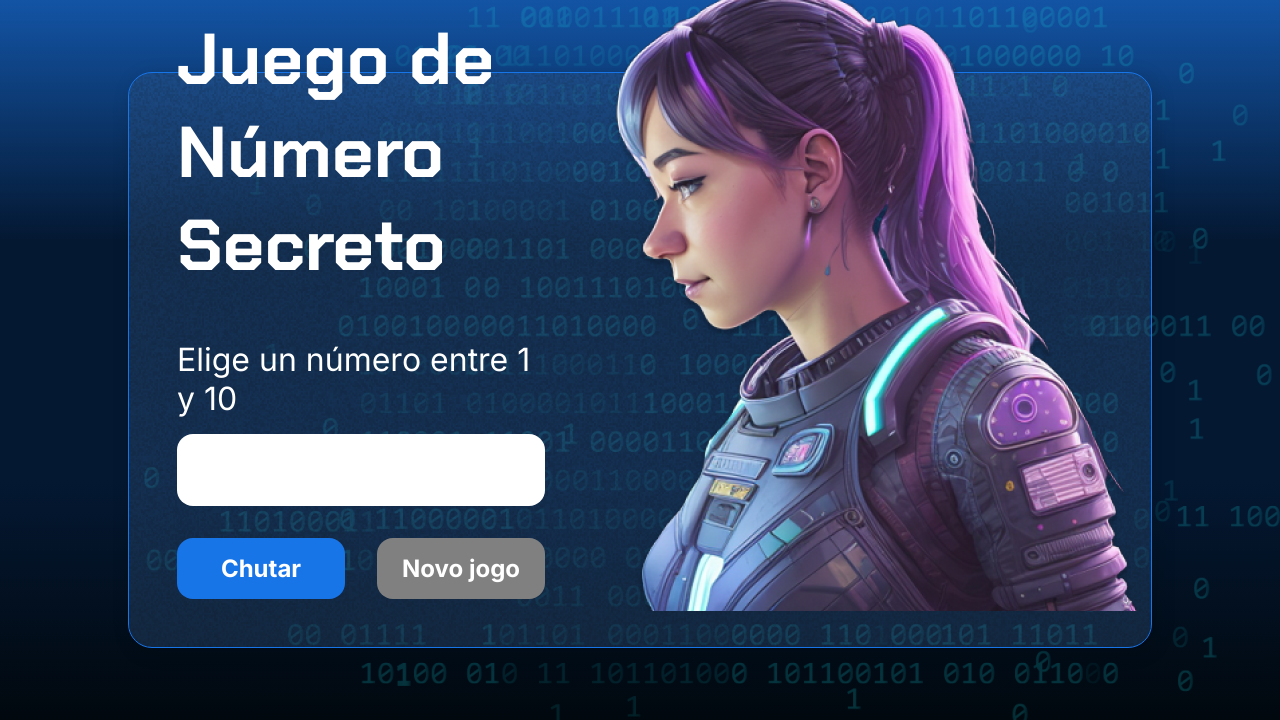
Repository: AnaFzCz/JuegoDeNumeroSecreto
Page: index.html
An editor plug-in stored every save of this project. The page is shown before and after the next save, followed by the edit.
The browser window is 1280 px wide. The pictures show the whole page.

Above is the page before, as saved 2025-02-03 00:58:26.

### index.html
<!DOCTYPE html>
<html lang="pt-br">

<head>
    <meta charset="UTF-8">
    <meta name="viewport" content="width=device-width, initial-scale=1.0">
    <script src="https://code.responsivevoice.org/responsivevoice.js"></script>
    <link rel="preconnect" href="https://fonts.googleapis.com">
    <link rel="preconnect" href="https://fonts.gstatic.com" crossorigin>
    <link href="https://fonts.googleapis.com/css2?family=Chakra+Petch:wght@700&family=Inter:wght@400;700&display=swap"
        rel="stylesheet">
    <link rel="stylesheet" href="style.css">
    <title>JS Game</title>
</head>

<body>

    <div class="container">
        <div class="container__conteudo">
            <div class="container__informacoes">
                <div class="container__texto">
                    <h1></h1>
                    <p class="texto__paragrafo"></p>
                </div>
                <input type="number" min="1" max="10" class="container__input">
                <div class="chute container__botoes">
                    <button onclick="mensaje()" class="container__botao">Chutar</button>
                    <button onclick="" id="reiniciar" class="container__botao" disabled>Novo jogo</button>
                </div>
            </div>
            <img src="./img/ia.png" alt="Uma pessoa olhando para a esquerda" class="container__imagem-pessoa" />
        </div>
    </div>




    <script src="app.js" defer></script>
</body>

</html>

### style.css
* {
    box-sizing: border-box;
    margin: 0;
    padding: 0;
    color: white;
}

body {
    background: linear-gradient(#1354A5 0%, #041832 33.33%, #041832 66.67%, #01080E 100%);
    height: 100vh;
    display: flex;
    align-items: center;
    justify-content: center;
}


body::before {
    background-image: url("img/code.png");
    background-repeat: no-repeat;
    background-position: right;
    content: "";
    display: block;
    position: absolute;
    width: 100%;
    height: 100%;
    opacity: 0.4;
}

.container {
    width: 80%;
    height: 80%;
    display: flex;
    align-items: center;
    justify-content: space-between;
    border-radius: 24px;
    border: 1px solid #1875E8;
    box-shadow: 4px 4px 20px 0px rgba(1, 8, 14, 0.15);
    background-image: url("img/Ruido.png");
    background-size: 100% 100%;
    position: relative;
}


.container__conteudo {
    display: flex;
    align-items: center;
    position: absolute;
    bottom: 0;
}

.container__informacoes {
    flex: 1;
    padding: 3rem;
}

.container__botao {
    border-radius: 16px;
    background: #1875E8;
    padding: 16px 24px;
    width: 100%;
    font-size: 24px;
    font-weight: 700;
    border: none;
    margin-top: 2rem;
}

.container__texto {
    margin: 16px 0 16px 0;
}

.container__texto-azul {
    color: #1875E8;
}

.container__input {
    width: 100%;
    height: 72px;
    border-radius: 16px;
    background-color: #FFF;
    border: none;
    color: #1875E8;
    padding: 2rem;
    font-size: 24px;
    font-weight: 700;
    font-family: 'Inter', sans-serif;
}

.container__botoes {
    display: flex;
    gap: 2em;
}

h1 {
    font-family: 'Chakra Petch', sans-serif;
    font-size: 72px;
    padding-bottom: 3rem;
}

p,
button {
    font-family: 'Inter', sans-serif;
}

.texto__paragrafo {
    font-size: 32px;
    font-weight: 400;
}

button:disabled {
    background-color: gray;
}

@media screen and (max-width: 1250px) {

    h1 {
        font-size: 50px;
    }

    .container__botao {
        font-size: 16px;
    }


    .texto__paragrafo {
        font-size: 24px;
    }

    .container__imagem-pessoa {
        display: none;
    }

    .container__conteudo {
        display: block;
        position: inherit;
    }

    .container__informacoes {
        padding: 1rem
    }
}

### app.js
// let titulo = document.querySelector('h1');
// titulo.innerHTML = ("Juego de número secreto");


// let parrafo = document.querySelector('p');
// parrafo.innerHTML = 'Escoja un número entre 1 y 10';

let numeroSecreto = generarNumeroAleatorio();

function exibirTextoNaTela(tag, texto) {
    let campo = document.querySelector(tag);
    campo.innerHTML = texto;
}

exibirTextoNaTela('h1', 'Juego de Número Secreto');
exibirTextoNaTela('p', 'Elige un número entre 1 y 10');

function verificarChute() {
    let chute = document.querySelector('input').value;
    console.log(chute == numeroSecreto);
}

function generarNumeroAleatorio() {
    return parseInt(Math.random() * 10 + 1);
}

After the next save:
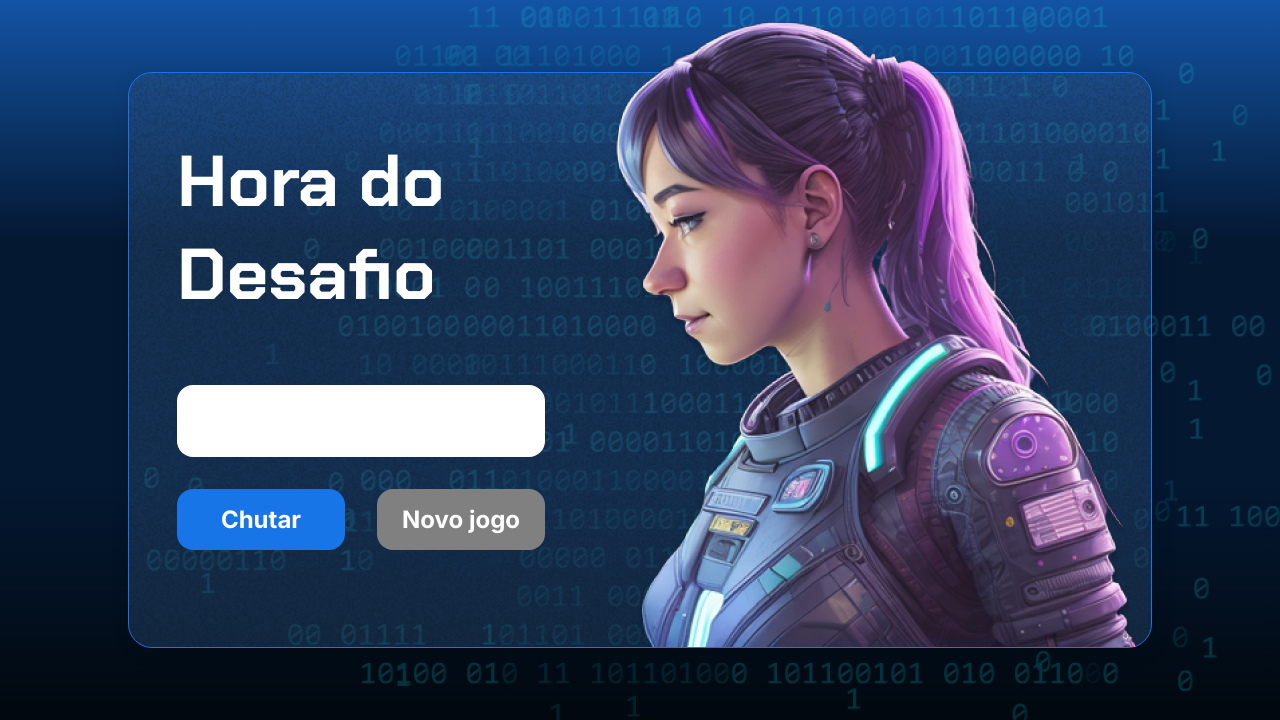
Saved 4 s later.
--- a/app.js
+++ b/app.js
@@ -1,25 +1,53 @@
-// let titulo = document.querySelector('h1');
-// titulo.innerHTML = ("Juego de número secreto");
+
+// DESAFIO 1
+// 2.
+//
+ let titulo = document.querySelector('h1');
+titulo.innerHTML = ("Hora do Desafio");
+
+// 3.Crie uma função que exiba no console a mensagem O botão foi clicado sempre que o botão Console for pressionado.
+
+function verificarChute() {
+    console.log('El botón fue cliqueado');
+}
+
+//4. Crie uma função que exiba um alerta com a mensagem: Eu amo JS, sempre que o botão Alerta for pressionado.
+
+function mensajeAll() {
+    alert('Eu amo JS');
+}
+
+// 5. Crie uma função que é executada quando o botão prompt é clicado, perguntando o nome de uma cidade do Brasil. Em seguida, exiba um alerta com a mensagem concatenando a resposta com o texto: Estive em {cidade} e lembrei de você.
 
 
-// let parrafo = document.querySelector('p');
-// parrafo.innerHTML = 'Escoja un número entre 1 y 10';
-
-let numeroSecreto = generarNumeroAleatorio();
-
-function exibirTextoNaTela(tag, texto) {
-    let campo = document.querySelector(tag);
-    campo.innerHTML = texto;
+function preguntasUsuario() {
+    let nome = prompt('Cuál es tu nombre?');
+    let ciudad = prompt(`En que ciudad de Brasil te encuentras ${nome}?`);
+    alert(`Estuve en ${ciudad} y te recuerdo ${nome}`);
 }
 
-exibirTextoNaTela('h1', 'Juego de Número Secreto');
-exibirTextoNaTela('p', 'Elige un número entre 1 y 10');
+//6. Ao clicar no botão soma, peça 2 números inteiros e exiba o resultado da soma em um alerta.
 
-function verificarChute() {
-    let chute = document.querySelector('input').value;
-    console.log(chute == numeroSecreto);
+function sumaDosNumeros() {
+    let valor1 = parseInt(prompt('Ingresa el primer número'));
+    let valor2 = parseInt(prompt(`Ingresa el segundo número`));
+    let resultado = (valor1 + valor2);
+    alert(`La suma de ${valor1} + ${valor2} es ${resultado}`);
 }
 
-function generarNumeroAleatorio() {
-    return parseInt(Math.random() * 10 + 1);
+// DESAFIO 2
+// Criar uma função que exibe "Olá, mundo!" no console.
+
+function mensaje() {
+    console.log("Olá, mundo!");
 }
+
+// Criar uma função que recebe um nome como parâmetro e exibe "Olá, [nome]!" no console.
+
+// Criar uma função que recebe um número como parâmetro e retorna o dobro desse número.
+
+// Criar uma função que recebe três números como parâmetros e retorna a média deles.
+
+// Criar uma função que recebe dois números como parâmetros e retorna o maior deles.
+
+// Criar uma função que recebe um número como parâmetro e retorna o resultado da multiplicação desse número por ele mesmo
